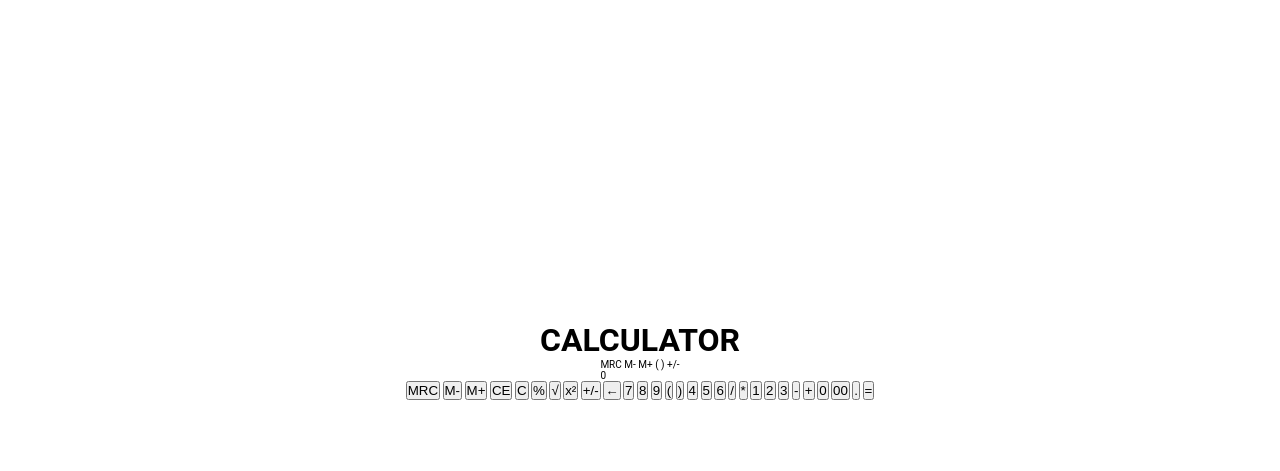
Repository: Denis793/CalculatorNew
Page: index.html
An editor plug-in stored every save of this project. The page is shown before and after the next save, followed by the edit.
The browser window is 1280 px wide. The pictures show the whole page.
The style sheet was rebuilt from its Sass, Less or Tailwind sources for each picture, by a compiler version that may differ from the author's.

Above is the page before, as saved 2025-05-17 17:32:41.

After the next save:
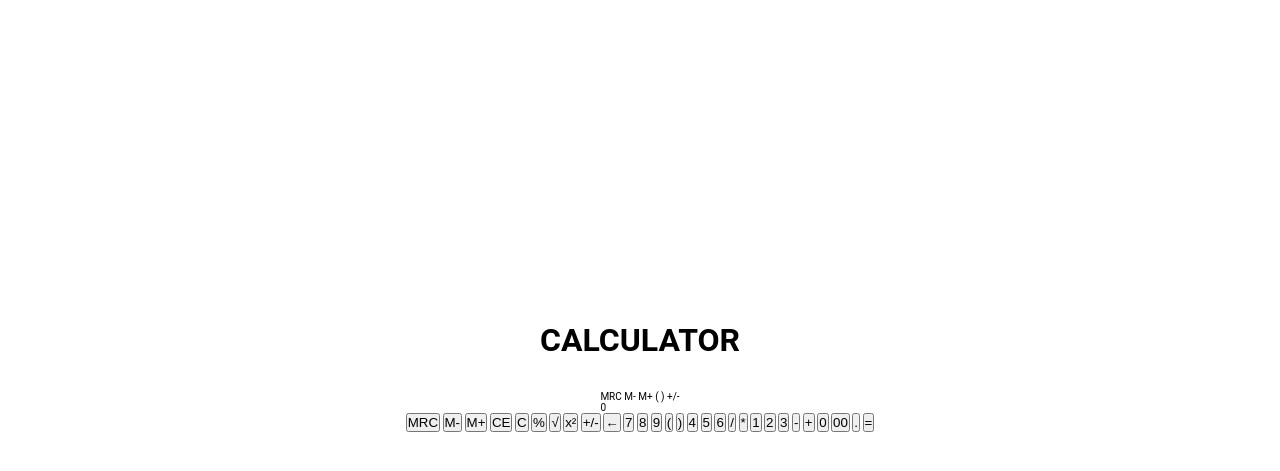
Saved 9 s later.
--- a/app/style/scss/main.scss
+++ b/app/style/scss/main.scss
@@ -9,4 +9,5 @@
 h1 {
   font-size: 2rem;
   text-transform: uppercase;
+  margin: 2rem;
 }
